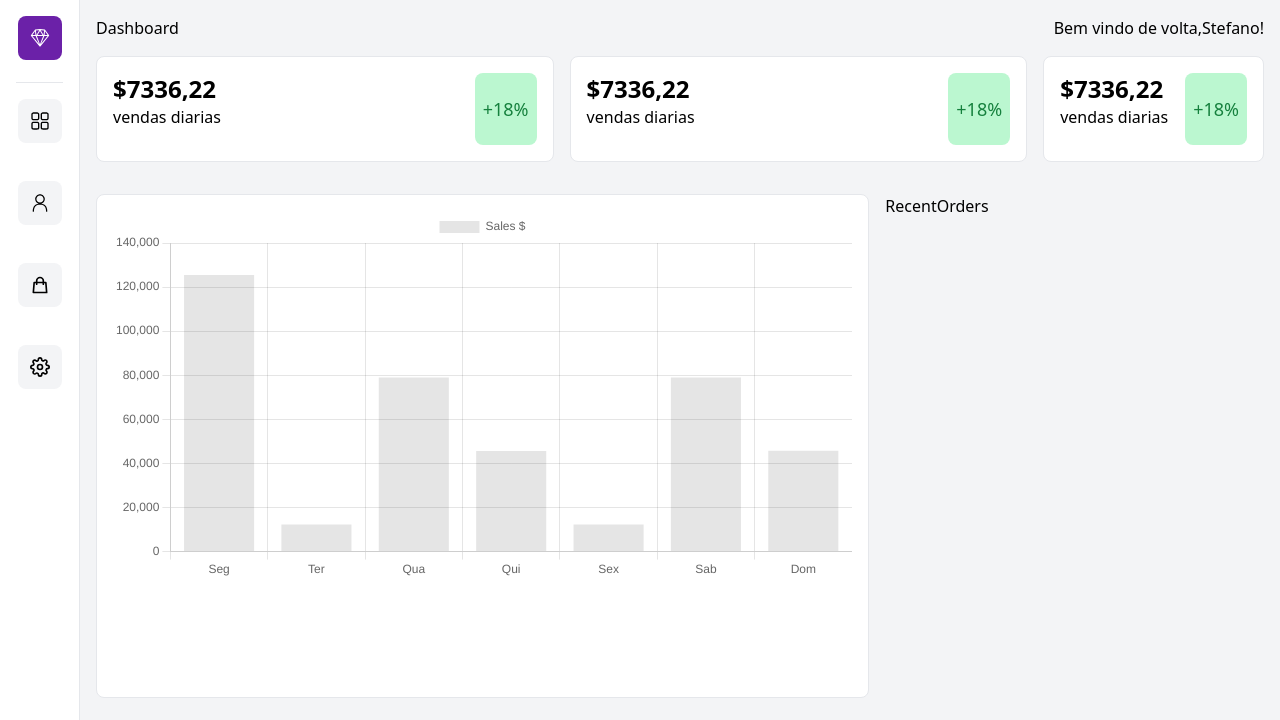
Repository: stefanosousaa/dashboard-next13
Page: /
The author's editor kept a copy of each file at every save. The page is drawn from the files as they stood at one save, then again after the next save.
The browser window is 1280 px wide. The pictures show the whole page.
The project was rebuilt for these pictures with package versions that can differ from the ones it lists, and the page was loaded fresh each time. The framework's server and built-in components were replaced by stand-ins that run in the browser. Also part of the build but not shown: next.config.js.

Above is the page before, as saved 2023-05-16 17:50:45.

### pages/_app.js
import Sidebar from '@/components/Sidebar'
import '@/styles/globals.css'

export default function App({ Component, pageProps }) {
  return (
    <Sidebar>
        <Component {...pageProps} />
    </Sidebar>

  )
}

### pages/index.js
import TopCards from '@/components/TopCards';
import Header from '../components/Header';
import Head from 'next/head';
import Image from 'next/image';
import BarChart from '@/components/BarChart';
import RecentOrders from '@/components/RecentOrders';

export default function Home() {
  return (
    <>
      <Head>
        <title>Create Next App</title>
        <meta name="description" content="Generated by create next app" />
        <meta name="viewport" content="width=device-width, initial-scale=1" />
        <link rel="icon" href="/favicon.ico" />
      </Head>

      <main className='bg-gray-100 min-h-screen'>
        <Header/>
        <TopCards/>

        <div className='p-4 grid md:grid-cols-3 grid-col-1 gap-4'>
        <BarChart/>
        <RecentOrders/>
        </div>

      </main>

    </>
  );
};

### components/Sidebar.jsx
import Link from 'next/link'
import Image from 'next/image'
import React from 'react'
import {RxSketchLogo,RxDashboard, RxPerson} from 'react-icons/rx'
import {FiSettings} from 'react-icons/fi'
import {HiOutlineShoppingBag} from 'react-icons/hi'

const Sidebar = ({children}) => {
  return (
    <div className='flex'>
        <div className='fixed w-20 h-screen p-4 bg-white border-r-[1px] flex flex-col justify-between'>
        <div className='flex flex-col items-center'>

          <Link href='/'>
            <div className='bg-purple-800 text-white p-3 rounded-lg inline-block'>
              <RxSketchLogo size={20}/>
            </div>
          </Link>
          <span className='border-b-[1px] border-gray-200 w-full p-2'></span>
          <Link href='/'>
            <div className='bg-gray-100 hover:bg-gray-200 cursor-pointer my-4 p-3 rounded-lg inline-block'>
              <RxDashboard size={20}/>
            </div>
          </Link>
          <Link href='/costumerd'>
            <div className='bg-gray-100 hover:bg-gray-200 cursor-pointer my-4 p-3 rounded-lg inline-block'>
              <RxPerson size={20}/>
            </div>
          </Link>
          <Link href='/orders'>
            <div className='bg-gray-100 hover:bg-gray-200 cursor-pointer my-4 p-3 rounded-lg inline-block'>
              <HiOutlineShoppingBag size={20}/>
            </div>
          </Link>
          <Link href='/'>
            <div className='bg-gray-100 hover:bg-gray-200 cursor-pointer my-4 p-3 rounded-lg inline-block'>
              <FiSettings size={20}/>
            </div>
          </Link>
        </div>
        </div>

        <main className='ml-20 w-full'>{children}</main>
    </div>
  )
}

export default Sidebar

### components/TopCards.jsx
import React from 'react'

const TopCards = () => {
  return (
    <div className='grid lg:grid-cols-5 gap-4 p-4'>
        <div className='lg:col-span-2 col-span-1 bg-white flex justify-between w-full border p-4 rounded-lg'>
           <div className='flex flex-col w-full pb-4'>
            <p className='text-2xl font-bold'>$7336,22</p>
            <p>vendas diarias</p>
        </div>
            <p className='bg-green-200 flex justify-center items-center p-2 rounded-lg'>
                <span className='text-green-700 text-lg'>+18%</span>
            </p>
        </div>
        <div className='lg:col-span-2 col-span-1 bg-white flex justify-between w-full border p-4 rounded-lg'>
           <div className='flex flex-col w-full pb-4'>
           <p className='text-2xl font-bold'>$7336,22</p>
            <p>vendas diarias</p>
           </div>
           <p className='bg-green-200 flex justify-center items-center p-2 rounded-lg'>
                <span className='text-green-700 text-lg'>+18%</span>
            </p>
        </div>
        <div className='bg-white flex justify-between w-full border p-4 rounded-lg'>
           <div className='flex flex-col w-full pb-4'>
           <p className='text-2xl font-bold'>$7336,22</p>
            <p>vendas diarias</p>
           </div>
           <p className='bg-green-200 flex justify-center items-center p-2 rounded-lg'>
                <span className='text-green-700 text-lg'>+18%</span>
            </p>
        </div>
    </div>
  )
}

export default TopCards

### components/Header.jsx
import React from 'react'

const Header = () => {
  return (
    <div className='flex justify-between px-4 pt-4'>
        <h2>Dashboard</h2>
        <h2>Bem vindo de volta,Stefano!</h2>
    </div>
  )
}

export default Header

### components/BarChart.jsx
import React ,{useState,useEffect} from 'react'
import { Bar } from 'react-chartjs-2';
import {
    Chart as ChartJS,
    CategoryScale,
    LinearScale,
    BarElement,
    Title,
    Tooltip,
    Legend
} from 'chart.js';


ChartJS.register(
    CategoryScale,
    LinearScale,
    BarElement,
    Title,
    Tooltip,
    Legend
)

const BarChart = () => {

    const [chartData, setChartData] = useState({
        datasets: [],
    });

    const [chartOptions,setchartOptions] = useState({});

    useEffect(() =>{
     setChartData({
        labels: ['Seg' , 'Ter' , 'Qua' , 'Qui' , 'Sex', 'Sab' , 'Dom'],
        datasets: [
            {
                label : 'Sales $',
                data: [125478,12345,78945,45678,12345,78954,45789],
                borderColor: 'rgb(53,162,235)',
                backGroundColor: 'rgb(53,162,235, 0.4)',
            }
        ]
     })
    },[])

  return (

    <>
    <div className='w-full md:col-span-2 relative lg:h-[70vh] h-[50vh] m-auto p-4 border rounded-lg bg-white'>
        <Bar data={chartData} options={chartOptions}/>
    </div>
    </>

  )
};

export default BarChart

### components/RecentOrders.jsx
import React from 'react'

const RecentOrders = () => {
  return (
    <div>RecentOrders</div>
  )
}

export default RecentOrders

Loaded but not shown: pages/_document.js (common file); styles/globals.css (common file); tailwind.config.js (common file)

After the next save:
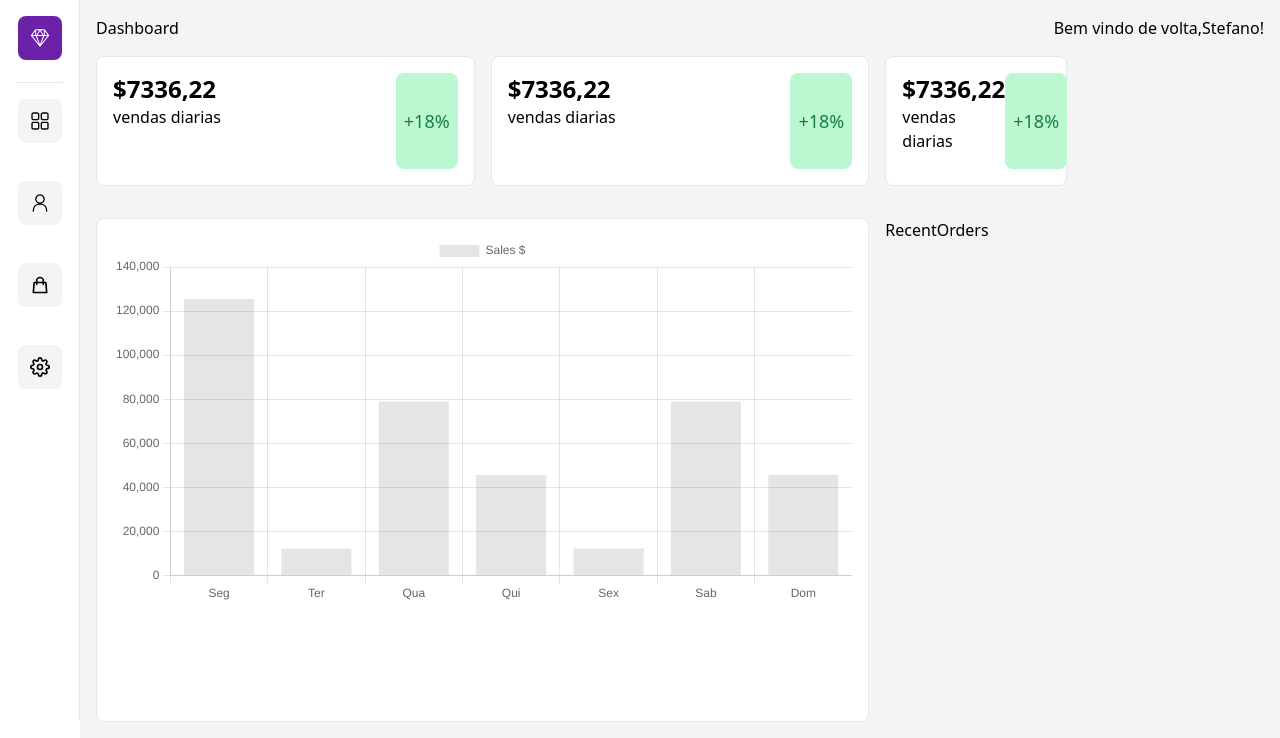
Saved 17 s later.
--- a/components/TopCards.jsx
+++ b/components/TopCards.jsx
@@ -2,7 +2,7 @@
 
 const TopCards = () => {
   return (
-    <div className='grid lg:grid-cols-5 gap-4 p-4'>
+    <div className='grid lg:grid-cols-6 gap-4 p-4'>
         <div className='lg:col-span-2 col-span-1 bg-white flex justify-between w-full border p-4 rounded-lg'>
            <div className='flex flex-col w-full pb-4'>
             <p className='text-2xl font-bold'>$7336,22</p>

After the save that followed:
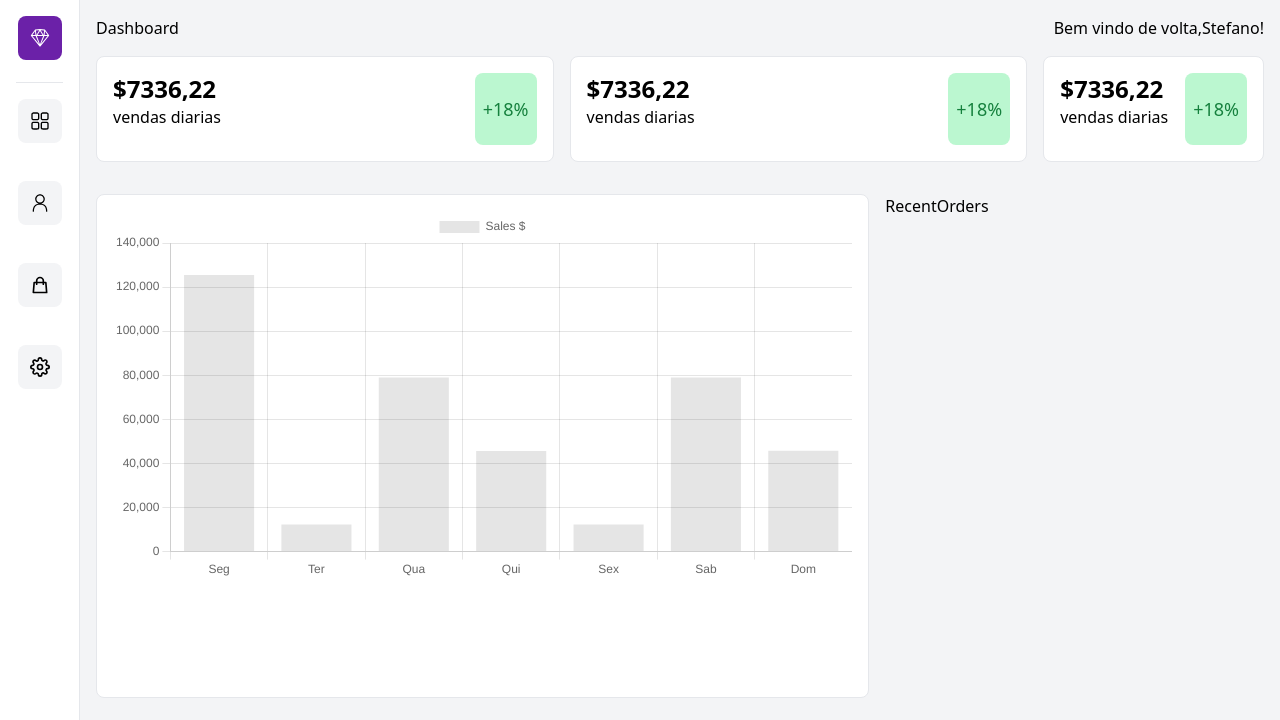
Saved 11 s later.
--- a/components/TopCards.jsx
+++ b/components/TopCards.jsx
@@ -2,7 +2,7 @@
 
 const TopCards = () => {
   return (
-    <div className='grid lg:grid-cols-6 gap-4 p-4'>
+    <div className='grid lg:grid-cols-5 gap-4 p-4'>
         <div className='lg:col-span-2 col-span-1 bg-white flex justify-between w-full border p-4 rounded-lg'>
            <div className='flex flex-col w-full pb-4'>
             <p className='text-2xl font-bold'>$7336,22</p>
